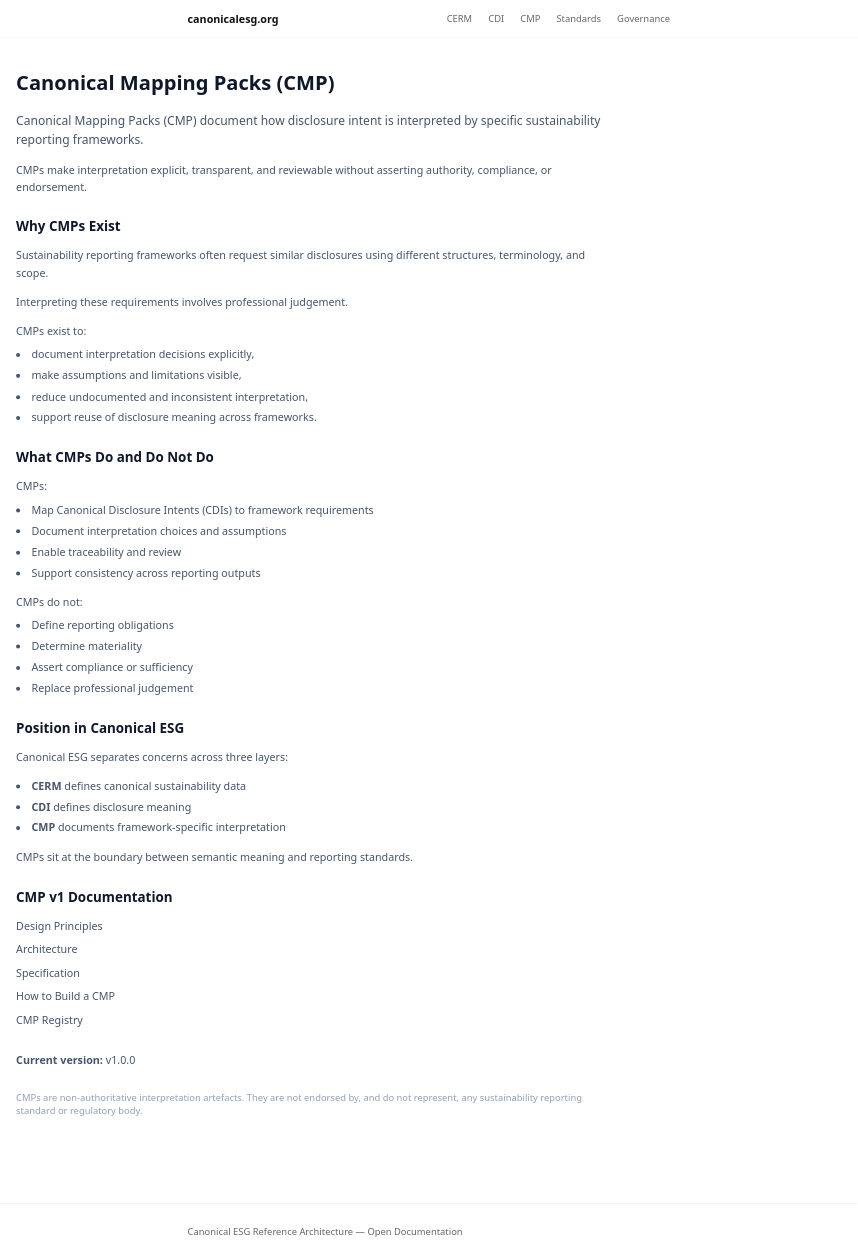
Repository: udaysxd/canonicalesg
Page: /cmp
The author's editor kept a copy of each file at every save. The page is drawn from the files as they stood at one save, then again after the next save.
The browser window is 1280 px wide. The pictures show the whole page, at 67% of full size.
The project was rebuilt for these pictures with package versions that can differ from the ones it lists, and the page was loaded fresh each time. The framework's server and built-in components were replaced by stand-ins that run in the browser. Also part of the build but not shown: next.config.ts.

Above is the page before, as saved 2026-02-02 13:19:07.

After the next save:
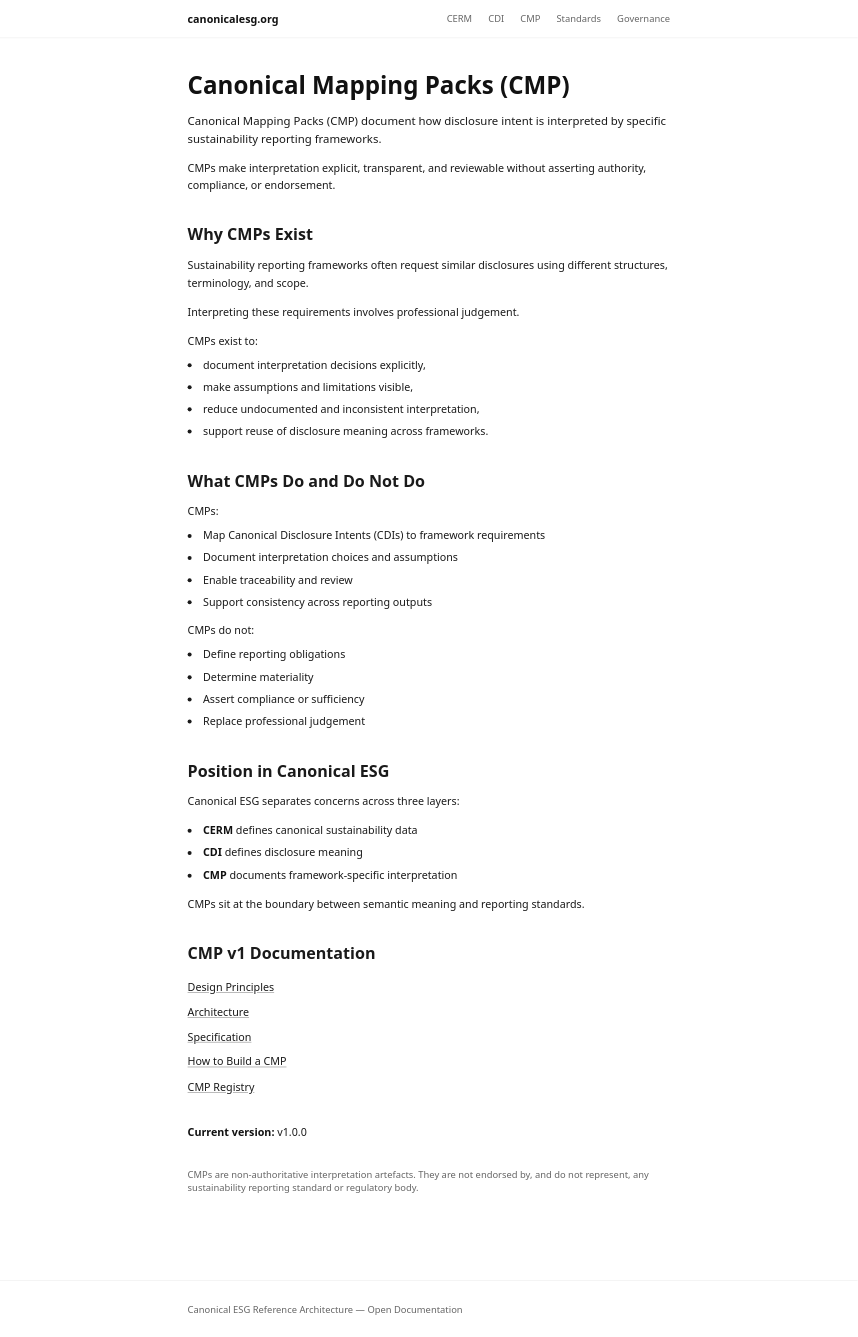
Saved 3 min 31 s later.
--- a/src/app/cmp/page.tsx
+++ b/src/app/cmp/page.tsx
@@ -4,74 +4,74 @@ import Link from "next/link";
 export default function CMPPage() {
   const pages = DOCS.cmp.pages;
   return (
-    <main className="max-w-7xl mx-auto px-6 py-12">
-      <div className="max-w-4xl">
-        <h1 className="text-3xl font-semibold text-slate-900 mb-6">
+    <main className="max-w-3xl mx-auto px-6 py-12">
+      <div>
+        <h1 className="text-[2.25rem] font-semibold text-[#111] mb-4 leading-tight">
           Canonical Mapping Packs (CMP)
         </h1>
 
-        <p className="text-lg text-slate-600 mb-4 leading-relaxed">
+        <p className="text-[1.0625rem] text-[#1a1a1a] mb-4 leading-relaxed">
           Canonical Mapping Packs (CMP) document how disclosure intent is interpreted by specific sustainability reporting frameworks.
         </p>
 
-        <p className="text-slate-600 mb-8 leading-relaxed">
+        <p className="text-[#1a1a1a] mb-10 leading-relaxed">
           CMPs make interpretation explicit, transparent, and reviewable without asserting authority, compliance, or endorsement.
         </p>
 
-        <h2 className="text-xl font-semibold text-slate-900 mb-4 mt-8">Why CMPs Exist</h2>
-        <p className="text-slate-600 mb-4">
+        <h2 className="text-[1.5rem] font-semibold text-[#1a1a1a] mb-3 mt-10">Why CMPs Exist</h2>
+        <p className="text-[#1a1a1a] mb-4">
           Sustainability reporting frameworks often request similar disclosures using different structures, terminology, and scope.
         </p>
-        <p className="text-slate-600 mb-4">
+        <p className="text-[#1a1a1a] mb-4">
           Interpreting these requirements involves professional judgement.
         </p>
-        <p className="text-slate-600 mb-2">CMPs exist to:</p>
-        <ul className="list-disc list-inside text-slate-600 mb-8 space-y-1">
+        <p className="text-[#1a1a1a] mb-2">CMPs exist to:</p>
+        <ul className="list-disc list-inside text-[#1a1a1a] mb-10 space-y-1.5">
           <li>document interpretation decisions explicitly,</li>
           <li>make assumptions and limitations visible,</li>
           <li>reduce undocumented and inconsistent interpretation,</li>
           <li>support reuse of disclosure meaning across frameworks.</li>
         </ul>
 
-        <h2 className="text-xl font-semibold text-slate-900 mb-4 mt-8">What CMPs Do and Do Not Do</h2>
-        <p className="text-slate-600 mb-2">CMPs:</p>
-        <ul className="list-disc list-inside text-slate-600 mb-4 space-y-1">
+        <h2 className="text-[1.5rem] font-semibold text-[#1a1a1a] mb-3 mt-10">What CMPs Do and Do Not Do</h2>
+        <p className="text-[#1a1a1a] mb-2">CMPs:</p>
+        <ul className="list-disc list-inside text-[#1a1a1a] mb-4 space-y-1.5">
           <li>Map Canonical Disclosure Intents (CDIs) to framework requirements</li>
           <li>Document interpretation choices and assumptions</li>
           <li>Enable traceability and review</li>
           <li>Support consistency across reporting outputs</li>
         </ul>
-        <p className="text-slate-600 mb-2">CMPs do not:</p>
-        <ul className="list-disc list-inside text-slate-600 mb-8 space-y-1">
+        <p className="text-[#1a1a1a] mb-2">CMPs do not:</p>
+        <ul className="list-disc list-inside text-[#1a1a1a] mb-10 space-y-1.5">
           <li>Define reporting obligations</li>
           <li>Determine materiality</li>
           <li>Assert compliance or sufficiency</li>
           <li>Replace professional judgement</li>
         </ul>
 
-        <h2 className="text-xl font-semibold text-slate-900 mb-4 mt-8">Position in Canonical ESG</h2>
-        <p className="text-slate-600 mb-4">
+        <h2 className="text-[1.5rem] font-semibold text-[#1a1a1a] mb-3 mt-10">Position in Canonical ESG</h2>
+        <p className="text-[#1a1a1a] mb-4">
           Canonical ESG separates concerns across three layers:
         </p>
-        <ul className="list-disc list-inside text-slate-600 mb-4 space-y-1">
-          <li><strong>CERM</strong> defines canonical sustainability data</li>
-          <li><strong>CDI</strong> defines disclosure meaning</li>
-          <li><strong>CMP</strong> documents framework-specific interpretation</li>
+        <ul className="list-disc list-inside text-[#1a1a1a] mb-4 space-y-1.5">
+          <li><strong className="font-semibold text-[#111]">CERM</strong> defines canonical sustainability data</li>
+          <li><strong className="font-semibold text-[#111]">CDI</strong> defines disclosure meaning</li>
+          <li><strong className="font-semibold text-[#111]">CMP</strong> documents framework-specific interpretation</li>
         </ul>
-        <p className="text-slate-600 mb-8">CMPs sit at the boundary between semantic meaning and reporting standards.</p>
+        <p className="text-[#1a1a1a] mb-10">CMPs sit at the boundary between semantic meaning and reporting standards.</p>
 
-        <h2 className="text-xl font-semibold text-slate-900 mb-4 mt-8">CMP v1 Documentation</h2>
-        <ul className="space-y-2 mb-8">
+        <h2 className="text-[1.5rem] font-semibold text-[#1a1a1a] mb-4 mt-10">CMP v1 Documentation</h2>
+        <ul className="space-y-2.5 mb-10">
           {pages.map(p => (
             <li key={p.slug}>
-              <Link href={`/cmp/${p.slug}`} className="text-slate-600 hover:text-slate-900">{p.title}</Link>
+              <Link href={`/cmp/${p.slug}`} className="text-[#1a1a1a] underline underline-offset-[0.15em] decoration-[#999] hover:decoration-[#1a1a1a]">{p.title}</Link>
             </li>
           ))}
         </ul>
 
-        <p className="text-slate-600 mb-4"><strong>Current version:</strong> v1.0.0</p>
+        <p className="text-[#1a1a1a] mb-4"><strong className="font-semibold text-[#111]">Current version:</strong> v1.0.0</p>
 
-        <p className="text-sm text-slate-400 mt-8">
+        <p className="text-sm text-[#666] mt-10">
           CMPs are non-authoritative interpretation artefacts. They are not endorsed by, and do not represent, any sustainability reporting standard or regulatory body.
         </p>
       </div>
